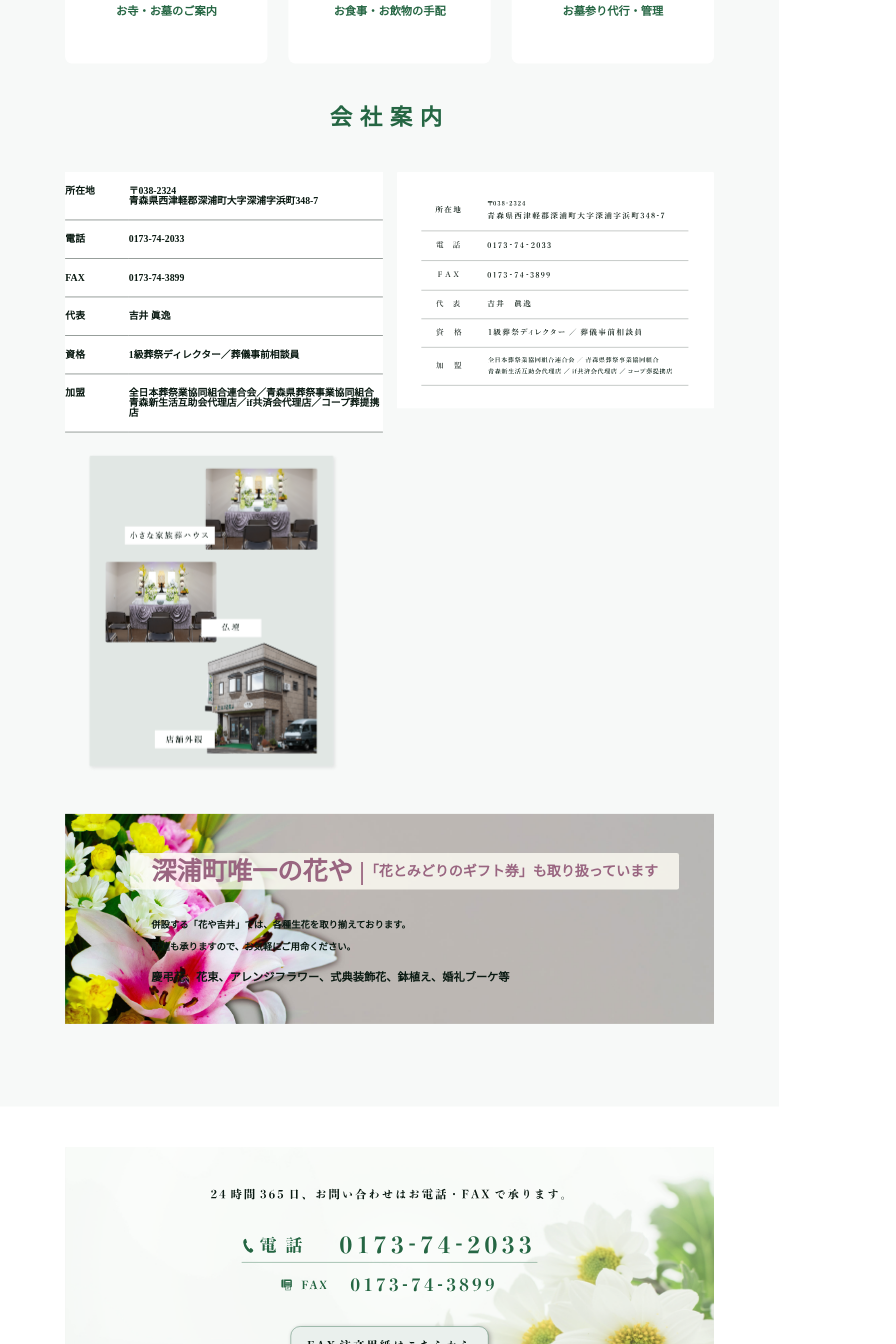
Repository: plus-agc-service-yamauchi/yoshii_scratch_ver3
Page: about.html
The author's editor kept a copy of each file at every save. The page is drawn from the files as they stood at one save, then again after the next save.
The browser window is 1280 px wide. The pictures show the part of the page from y = 1074 to 2994 px (the page is 4047 px tall before and 3646 px after), at 70% of full size.
Pictures or frames that could not be fetched are drawn as grey boxes. Some web libraries are served in a nearby version. The style sheet was rebuilt from its Sass, Less or Tailwind sources for each picture, by a compiler version that may differ from the author's.

Above is the page before, as saved 2021-02-01 15:03:39.
Console error (its wording comes from the project's code and is left out).

After the next save:
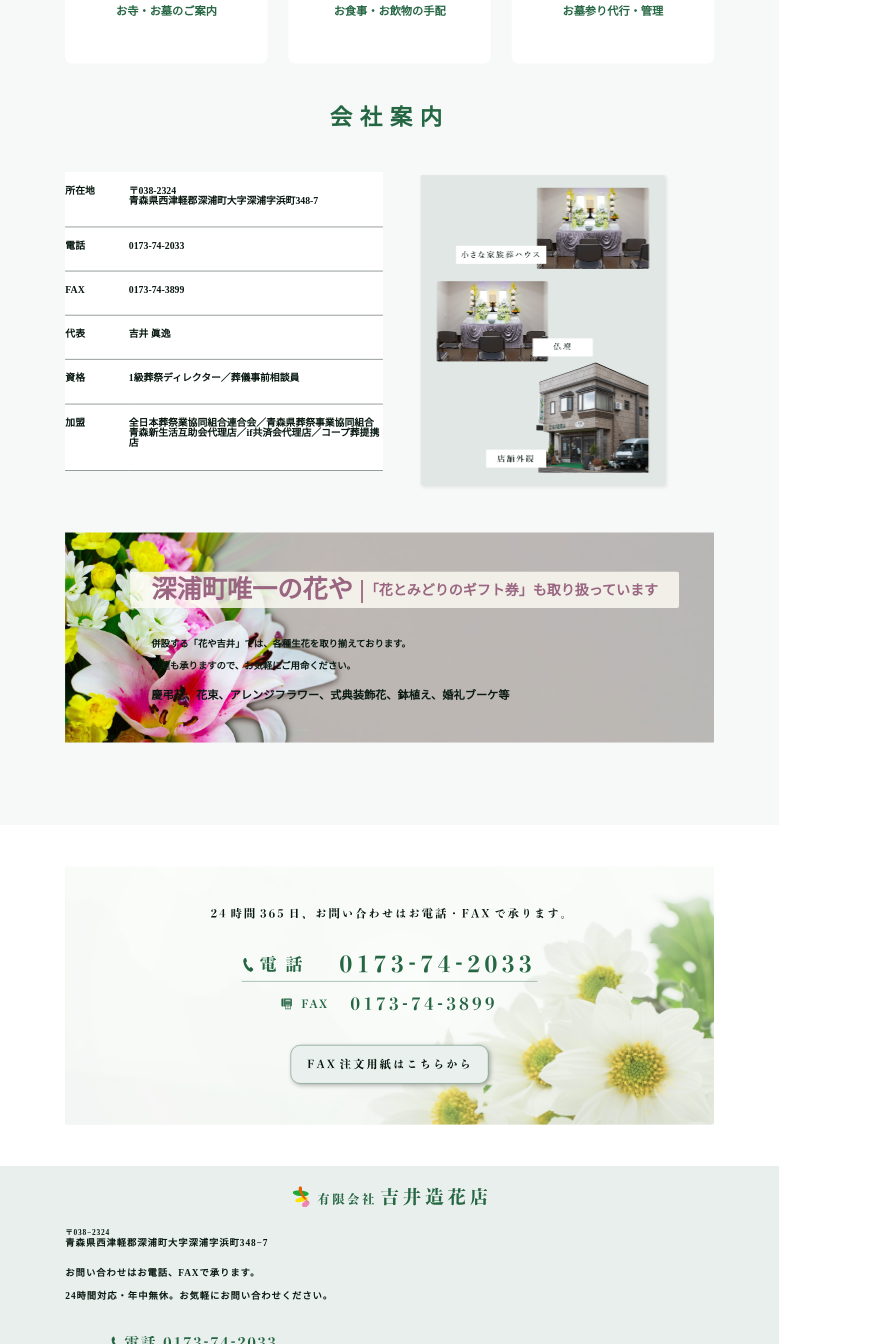
Saved 20 s later.
--- a/about.html
+++ b/about.html
@@ -190,7 +190,7 @@
                                     </td>
                                 </tr>
                             </table>
-                            <img src="img/about_description.svg" alt="" class=" img100 spHidden tabHidden pcVisible" />
+
                             <div>
                                 <img src="img/store_tab.png" alt="" class=" img100 img-tab-100 img-pc-80 spHidden tabHidden pcVisible ml30" />
                                 <img src="img/store_tab.png" alt="" class=" img100 img-tab-100 img-pc-100 spVisible tabVisible pcHidden" />
